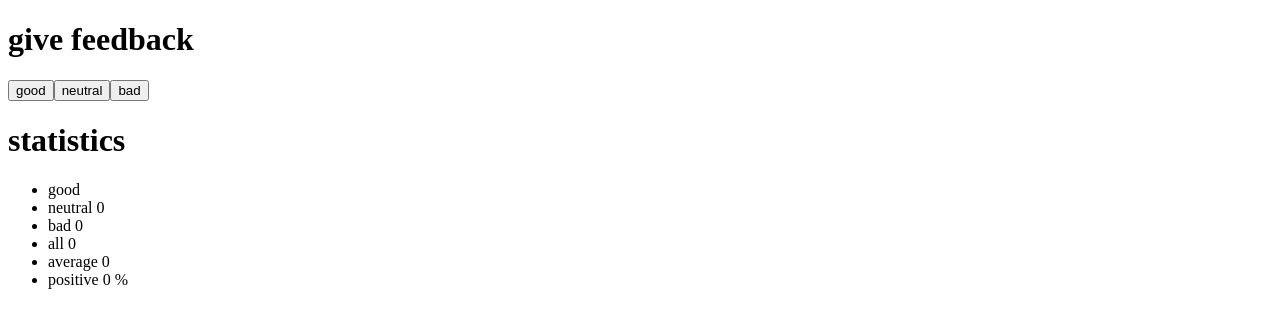
Repository: mariocapitbrok/helsinki-fullstack
Page: / (app in part1/unicafe/)
The author's editor kept a copy of each file at every save. The page is drawn from the files as they stood at one save, then again after the next save.
The browser window is 1280 px wide. The pictures show the whole page.
The project was rebuilt for these pictures with package versions that can differ from the ones it lists, and the page was loaded fresh each time.

Above is the page before, as saved 2022-01-09 07:47:05.

### part1/unicafe/src/App.js
import React, { useState } from 'react'

const Button = ({ onClick, text }) => <button onClick={onClick}>{text}</button>

const List = ({ title, value }) => (
  <li>
    {title} {value}
  </li>
)

const App = () => {
  /* global BigInt */
  const [good, setGood] = useState(BigInt(0))
  const [neutral, setNeutral] = useState(0)
  const [bad, setBad] = useState(0)
  const [total, setTotal] = useState(0)
  const [average, setAverage] = useState(0)
  const [percentage, setPercentage] = useState(0)

  const handleGood = () => {
    const newGood = good + 1
    const newTotal = newGood + neutral + bad
    const newAverage = (newGood - bad) / newTotal
    const newPercentage = ((newGood / newTotal) * 100).toFixed(14)

    setGood(newGood)
    setTotal(newTotal)
    setAverage(newAverage)
    setPercentage(newPercentage)
  }

  const handleNeutral = () => {
    const newNeutral = neutral + 1
    const newTotal = good + newNeutral + bad
    const newAverage = (good - bad) / newTotal
    const newPercentage = ((good / newTotal) * 100).toFixed(14)

    setNeutral(newNeutral)
    setTotal(newTotal)
    setAverage(newAverage)
    setPercentage(newPercentage)
  }

  const handleBad = () => {
    const newBad = bad + 1
    const newTotal = good + neutral + newBad
    const newAverage = (good - newBad) / newTotal
    const newPercentage = ((good / newTotal) * 100).toFixed(14)

    setBad(newBad)
    setTotal(newTotal)
    setAverage(newAverage)
    setPercentage(newPercentage)
  }

  return (
    <div>
      <h1>give feedback</h1>
      <Button onClick={handleGood} text="good" />
      <Button onClick={handleNeutral} text="neutral" />
      <Button onClick={handleBad} text="bad" />
      <h1>statistics</h1>
      <ul>
        <List title="good" value={good} />
        <List title="neutral" value={neutral} />
        <List title="bad" value={bad} />
        <li>all {total}</li>
        <li>average {average}</li>
        <li>positive {percentage} %</li>
      </ul>
    </div>
  )
}

export default App

Loaded but not shown: part1/unicafe/public/index.html (common file); part1/unicafe/src/index.js (common file)

After the next save:
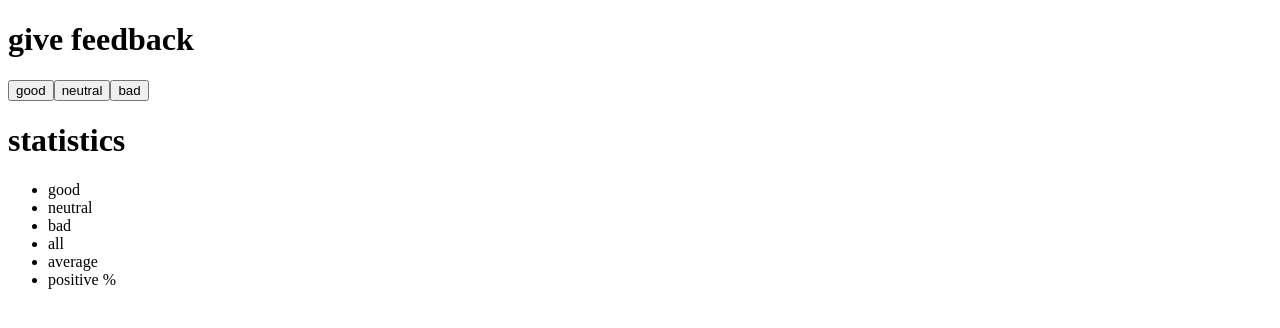
Saved 38 s later.
--- a/part1/unicafe/src/App.js
+++ b/part1/unicafe/src/App.js
@@ -11,11 +11,11 @@ const List = ({ title, value }) => (
 const App = () => {
   /* global BigInt */
   const [good, setGood] = useState(BigInt(0))
-  const [neutral, setNeutral] = useState(0)
-  const [bad, setBad] = useState(0)
-  const [total, setTotal] = useState(0)
-  const [average, setAverage] = useState(0)
-  const [percentage, setPercentage] = useState(0)
+  const [neutral, setNeutral] = useState(BigInt(0))
+  const [bad, setBad] = useState(BigInt(0))
+  const [total, setTotal] = useState(BigInt(0))
+  const [average, setAverage] = useState(BigInt(0))
+  const [percentage, setPercentage] = useState(BigInt(0))
 
   const handleGood = () => {
     const newGood = good + 1
